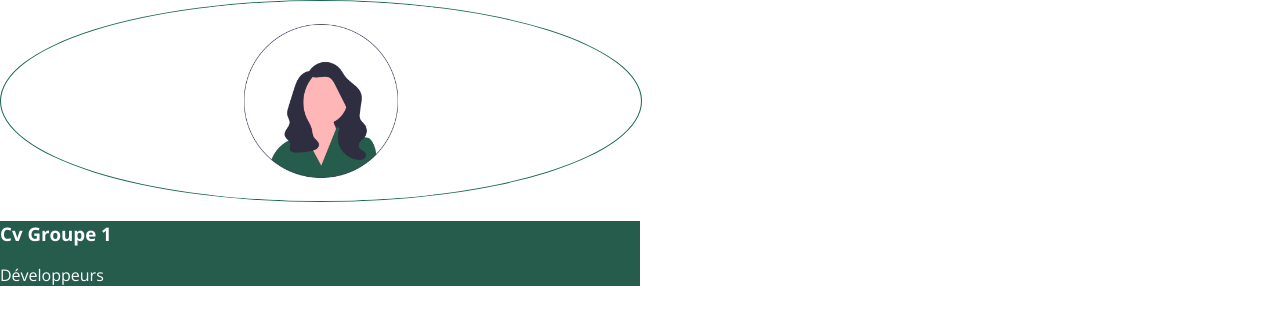
Repository: NdiongueFH/Mon_CV
Page: CV_Groupe1.html
These files come from the project's save history. The page is drawn as it stood at one moment and after the next save; the edit follows.
The browser window is 1280 px wide. The pictures show the whole page.

Above is the page before, as saved 2024-08-03 12:18:24.

### CV_Groupe1.html
<!DOCTYPE html>
<html lang="fr">
<head>
    <meta charset="UTF-8">
    <meta name="viewport" content="width=device-width, initial-scale=1.0">
    <!--Intégration de police d'écriture via un lien web-->
    <link href="https://fonts.googleapis.com/css2?family=Montserrat:wght@400;700&family=Open+Sans:wght@400;700&family=Roboto:wght@400;500&display=swap" rel="stylesheet">
    <!--Intégration de notre lien CSS-->
    <link rel="stylesheet" href="CV_Groupe1.css">
    <title>MON CV</title>

</head>
<body>
    <!--section principale-->
    <section id="principal">

        <!--Début Partie Ndiawar-->

        <!--la partie profile de notre cv-->
        <section id="profile">
            <!--identité-->
            <div id="identite">
                <!--image-->
                <div class="image">
                    <img id="image_profil" src="./image/profil.png" alt="" sizes="30" srcset="">
                </div>
                <!--fin image-->
                <!--debut nom-->
                <div class="nom">
                    <h1>Cv Groupe 1</h1>
                    <span>Développeurs</span>
                </div>
                <!--fin nom-->
            </div>
            <!--fin identité-->
        </section>
        <!--fin de la partie profile-->

        <!--Fin Partie Ndiawar Diop-->


        <!--le debut du corp de notre cv-->
        <section  id="renseignement">
            <!--corp -->
            <div id="corps">
                <!--debut blanc-->
                <div class="blanc">


                    <!--Début Partie Anta Maguette Faye-->


                    <!--education-->
                    <div class="edu_exp">
                        <!--titre education-->
                        <div class="titre_edu_exp"></div>
                        <!--fin titre education-->
                        <!--parti education-->
                        <div class="info_edu"></div>
                        <!--fin parti education-->
                    </div>
                    <!--fin education-->


                    <!--Fin Partie Anta Maguette Faye-->

                    <!--Début Partie Fatoumata Hawa Ndiongue-->

                    <!--experience-->
                    <div class="edu_exp" >
                        <!--titre experience-->
                        <div class="titre_edu_exp"></div>
                        <!--fin titre experience-->
                        <!--parti experience-->
                        <div class="info_exp"></div>
                        <!--fin parti experience-->
                    </div>
                    <!--fin experience-->

                    <!--Début Footer-->
                    <div id="footer">

                    </div>
                    <!--Fin Footer-->

                    <!--Fin Partie Fatoumata Hawa Ndiongue-->

                </div>
                <!--fin blanc-->

                <!--Début Moustapha Dieng-->


                <!--debut noir-->
                <div class="noir">
                    <!--contact-->
                    <div class="contact">
                        <!--titre contact-->
                        <div class="titre_contact_skill">
                            <h1></h1>
                        </div>
                        <!--fin titre contact-->
                        <!-- donnee contact-->
                        <div class="donnees_contact">

                        </div>
                        <!--fin donnee contact-->
                    </div>
                    <!--fin contact-->
                    <!--skill-->
                    <div class="skill">
                        <!--titre skill-->
                        <div class="titre_contact_skill">
                            <h1></h1>
                        </div>
                        <!--fin titre skill-->
                        <!--donné skill-->
                        <div class="donnees_skill"></div>
                        <!--fin donné skill-->
                    </div>
                    <!--fin skill-->
                    <!--resaux socio-->
                    <div id="resaux"></div>
                    <!--fin resaux socio-->
                </div>
                <!--fin noir-->

                <!--Fin Moustapha Dieng-->


            </div>
            <!--fin corp-->

        </section>
        <!--la fin du corp de notre cv-->
    </section>
    <!--Fin section principale-->

</body>
</html>

### CV_Groupe1.css
/*Le pseudo-élément `:root` en CSS permet de définir des variables globales pour un document,
représentant l'élément `<html>`. Utilisé pour centraliser la gestion des styles comme
les couleurs et les polices, il facilite la maintenance du CSS en rendant
les valeurs facilement réutilisables et modifiables dans toute la feuille de style.*/

:root {
    /* Définition des couleurs de base */
    --teal-1: #265C4B; /* Teal foncé */
    --teal-2: #146551; /* Teal moyen foncé */
    --teal-3: #007566; /* Teal vif */
    --teal-4: #589A8D; /* Teal clair */
    --teal-5: #fff; /* Blanc très clair */
    --Noir-6: #000000; /*Noir*/
    --Blanc-7: #ffffff; /*Blanc*/

    /* Utilisation des couleurs pour différents éléments */

    --color-title: var(--teal-1); /* Couleur pour les titres */
    --color-subtitle: var(--teal-3); /* Couleur pour les sous-titres */
    --color-paragraph: var(--teal-4); /* Couleur pour les paragraphes */
    --color-border: var(--teal-2); /* Couleur pour les bordures */
    --color-backgroundFoncé: var(--teal-1); /*Couleur de fond foncée*/
    --color-background: var(--teal-5); /* Couleur de fond général */
    --color-text: var(--Noir-6); /*Couleur pour le texte de fond*/
    --color-white: var(--Blanc-7); /*Couleur blanche pour les texte de fon d'une balise"*/
}

/*Intégration de nos polices d'écritures générales pour notre texte, titre et les sous-titres*/
:root {
    /* Polices */
    --font-title: 'Montserrat', sans-serif;
    --font-text: 'Open Sans', sans-serif;
    --font-subtitle: 'Roboto', sans-serif;

    /* Taille de police standard et poids */
    --font-size-normal: 16px; /* Taille de police standard pour le texte */
    --font-size-title: 28px; /* Taille de police pour les grands titres */
    --font-size-subtitle: 20px; /* Taille de police pour les sous-titres */
    --font-weight-normal: 400; /* Poids normal de la police */
    --font-weight-bold: 700; /* Poids en gras */
}

/*Initialisation de notre body pour supprimer les marges et choix du type de police pour notre site*/
body {
    margin: 0;
    padding: 0;
    color: var(--color-text);
    background-color: var(--color-background);
    font-family: var(--font-text);
    font-size: var(--font-size-normal);
    font-weight: var(--font-weight-normal);
}

/*Partie Ndiawar Diop*/
    /*Début partie profil de Mon_CV*/
/*Image*/
.image{
    background-color: var(--color-background);
    border: 1px solid var(--color-border);
    width: 50%;  /* Largeur du conteneur */
    height: 200px; /* Hauteur fixe du conteneur */
    overflow: hidden; /* Cache les débordements */
    border-radius: 50%;
}

#image_profil {
    width: 100%;
    height: 100%;
    object-fit: contain;
}

.nom{
    background-color: var(--color-backgroundFoncé);
    width: 50%;
    color: var(--color-white);
}
    /*Fin Partie profil de Mon_Cv*/
/*Fin Partie Ndiawar Diop*/

After the next save:
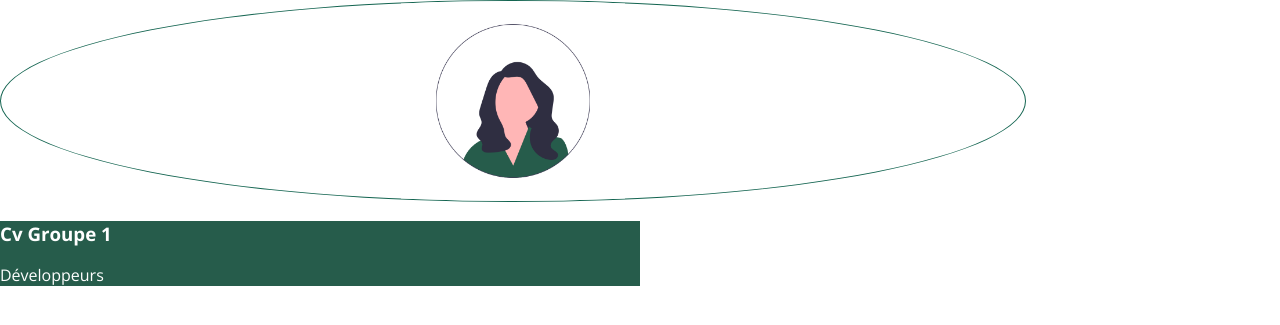
Saved 19 s later.
--- a/CV_Groupe1.css
+++ b/CV_Groupe1.css
@@ -57,7 +57,7 @@
 .image{
     background-color: var(--color-background);
     border: 1px solid var(--color-border);
-    width: 50%;  /* Largeur du conteneur */
+    width: 80%;  /* Largeur du conteneur */
     height: 200px; /* Hauteur fixe du conteneur */
     overflow: hidden; /* Cache les débordements */
     border-radius: 50%;

After the save that followed:
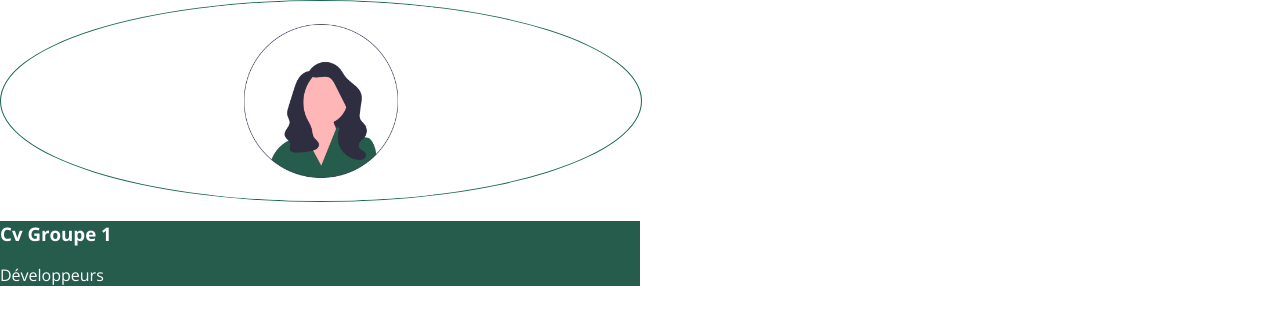
Saved 10 s later.
--- a/CV_Groupe1.css
+++ b/CV_Groupe1.css
@@ -57,7 +57,7 @@
 .image{
     background-color: var(--color-background);
     border: 1px solid var(--color-border);
-    width: 80%;  /* Largeur du conteneur */
+    width: 50%;  /* Largeur du conteneur */
     height: 200px; /* Hauteur fixe du conteneur */
     overflow: hidden; /* Cache les débordements */
     border-radius: 50%;
